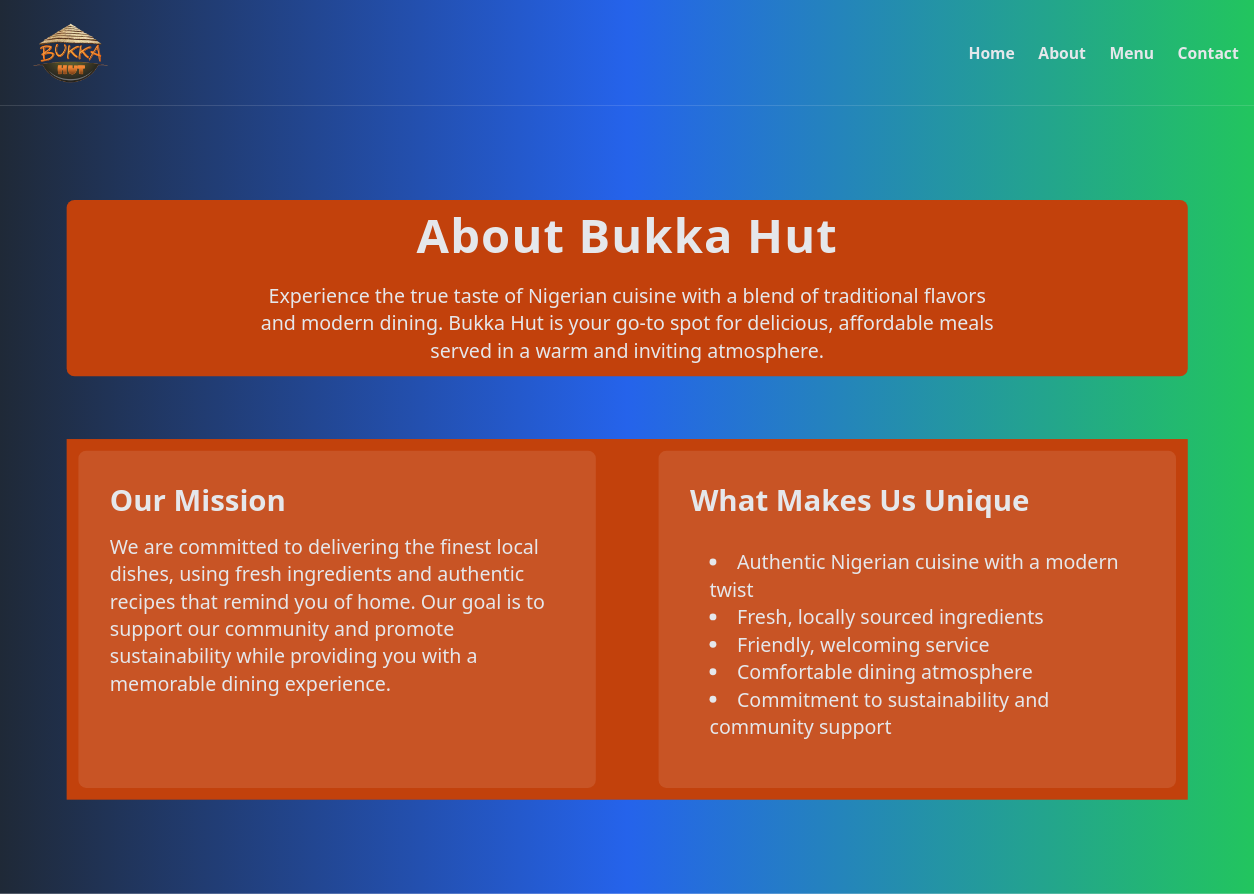
Repository: countaustin1990/BUKKAHUT
Page: About.html
The author's editor kept a copy of each file at every save. The page is drawn from the files as they stood at one save, then again after the next save.
The browser window is 1280 px wide. The pictures show the whole page, at 98% of full size.
Some web libraries are served in a nearby version.

Above is the page before, as saved 2024-08-25 23:25:09.
Console error: TypeError: Cannot read properties of null (reading 'addEventListener')

After the next save:
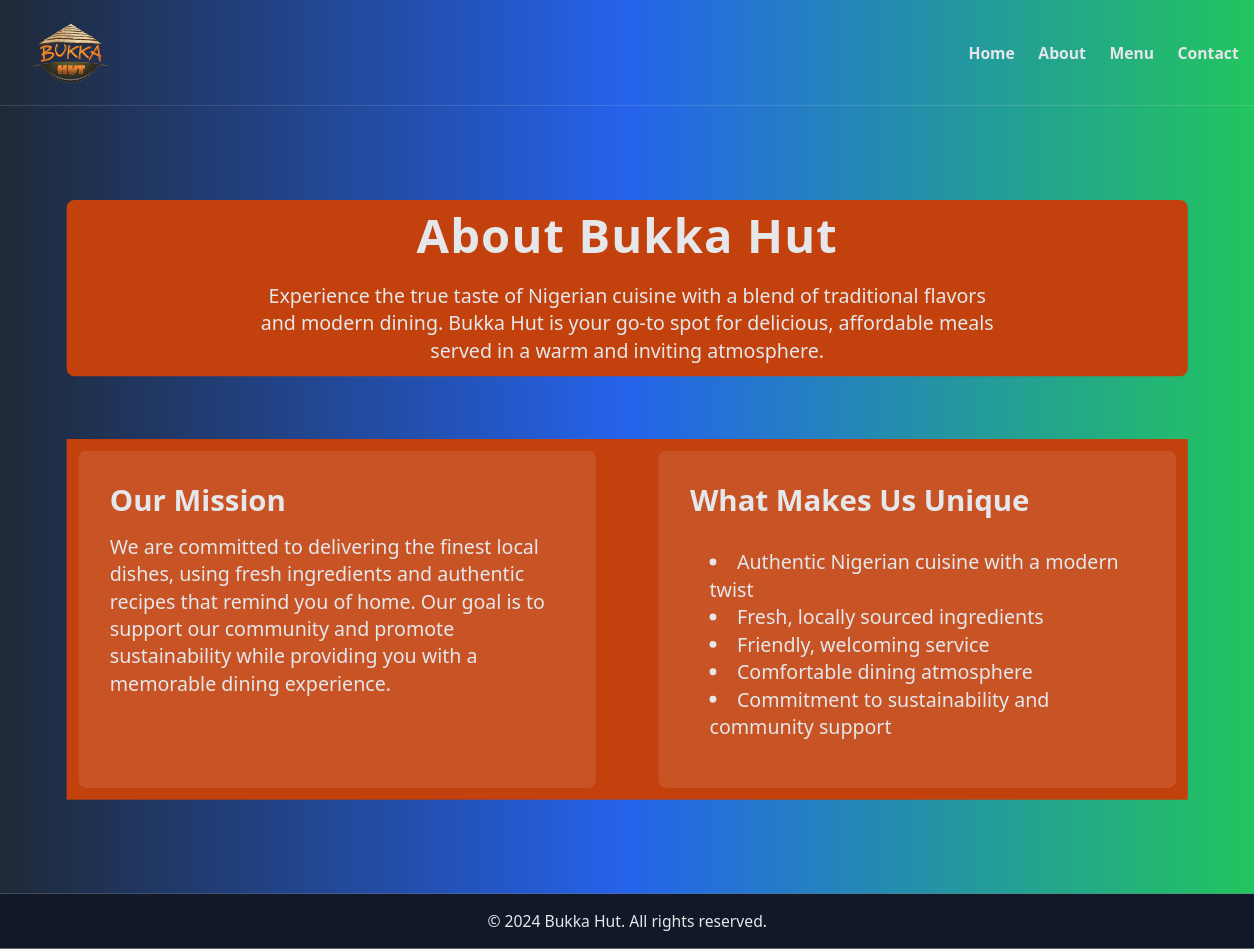
Saved 56 s later.
--- a/About.html
+++ b/About.html
@@ -104,6 +104,11 @@
     </div>
   </section>
 
+  <!-- Footer -->
+    <footer class="bg-gray-900 text-center text-gray-200 py-4">
+        <p>&copy; 2024 Bukka Hut. All rights reserved.</p>
+    </footer>
+
 
 <script src="main.js"></script>
 </body>
